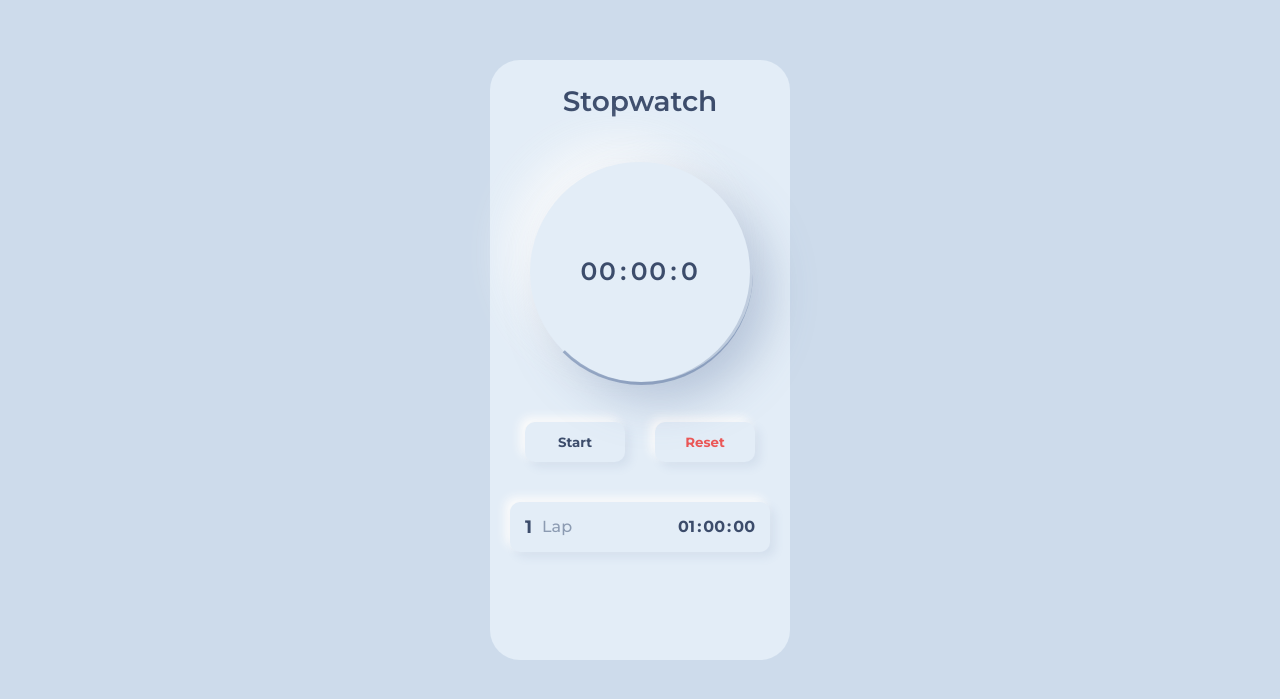
Repository: dinhtri123/stopwatch
Page: index.html
These files come from the project's save history. The page is drawn as it stood at one moment and after the next save; the edit follows.
The browser window is 1280 px wide. The pictures show the whole page.
After loading, the first visible `button.btn-start` was clicked once.

Above is the page before, as saved 2023-01-04 15:07:07.

After the next save:
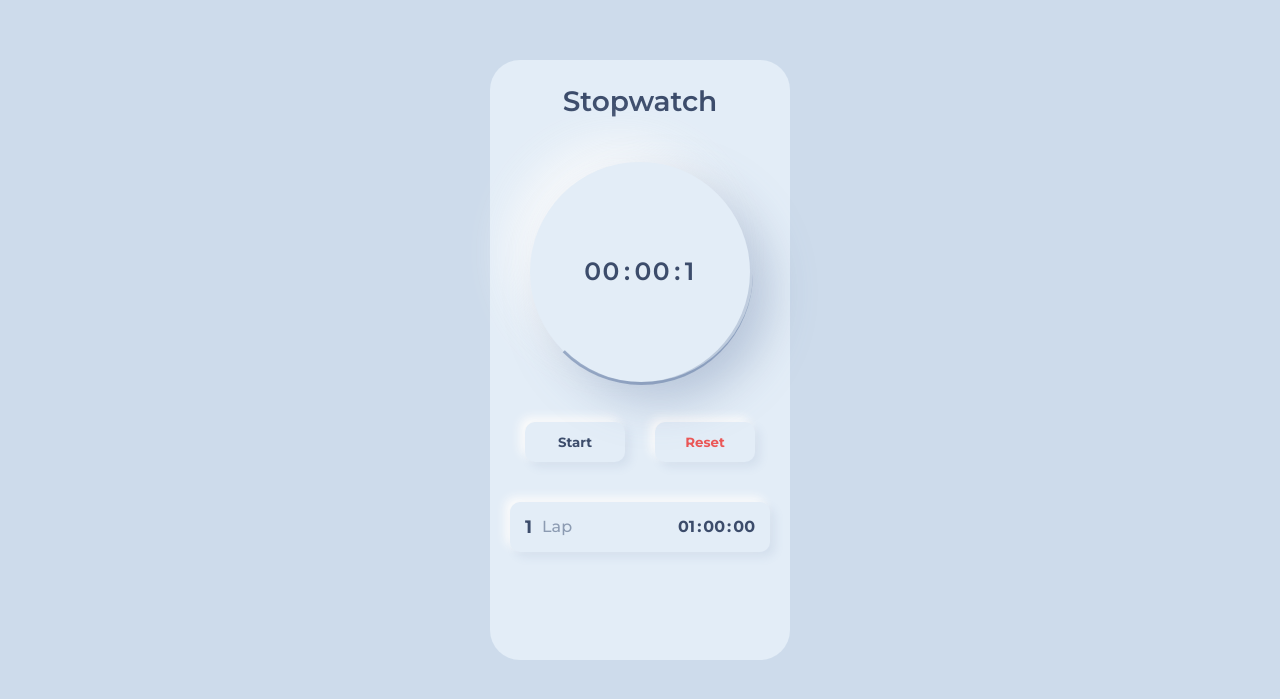
Saved 24 s later.
--- a/index.js
+++ b/index.js
@@ -4,7 +4,7 @@ const minutes = document.querySelector(".minutes");
 const hours = document.querySelector(".hours");
 
 btnStart.addEventListener("click", function () {
-  let number = 0;
+  let number = 1;
   setInterval(() => {
     seconds.textContent = number++;
   }, 1000);
